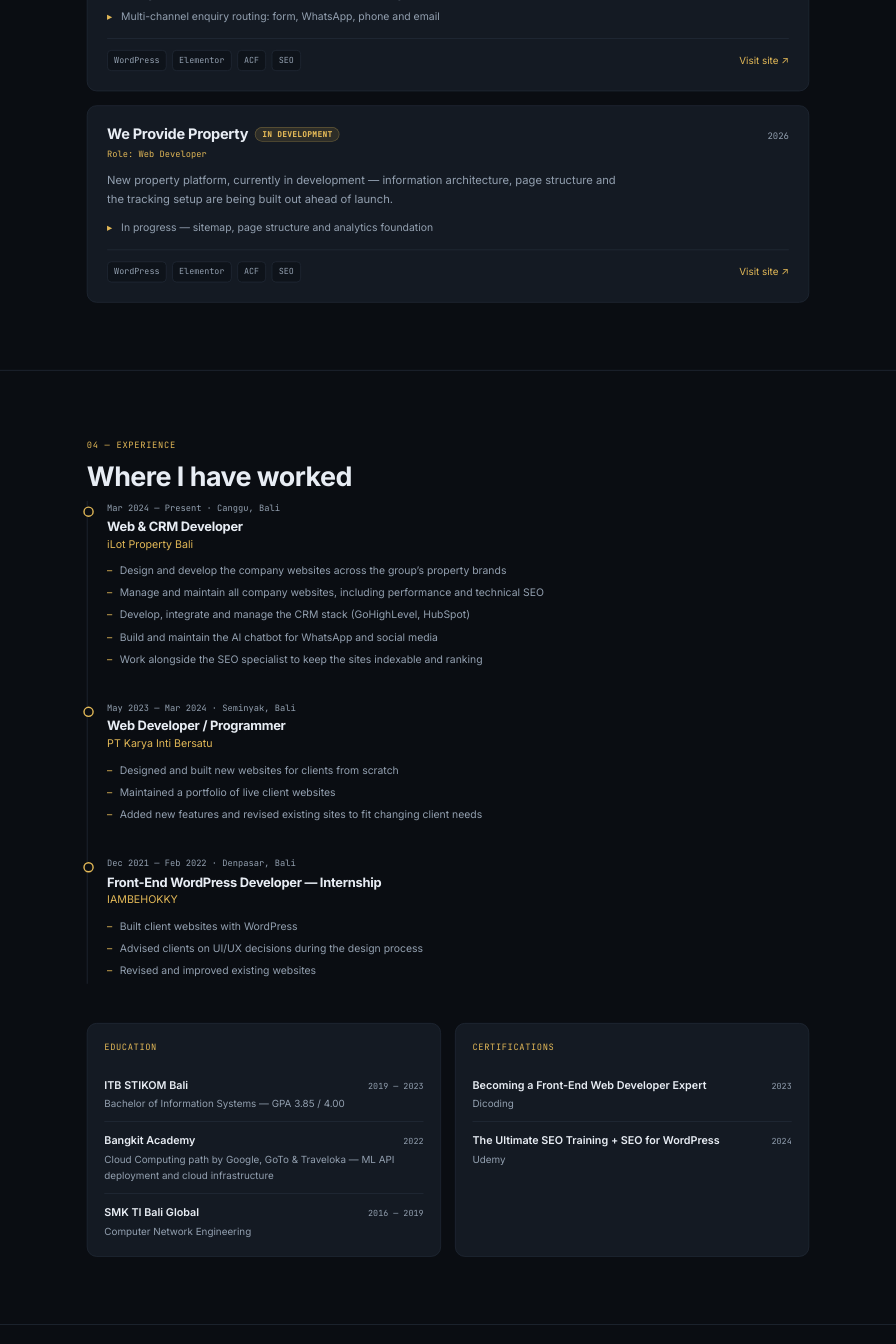
Repository: agungcantona/portfolio-react
Page: /
These files come from the project's save history. The page is drawn as it stood at one moment and after the next save; the edit follows.
The browser window is 1280 px wide. The pictures show the part of the page from y = 3399 to 5319 px (the page is 5966 px tall before and 6029 px after), at 70% of full size.
The project was rebuilt for these pictures with package versions that can differ from the ones it lists, and the page was loaded fresh each time. Also part of the build but not shown: vite.config.js, src/hooks/useReveal.js.

Above is the page before, as saved 2026-09-02 21:57:19.

After the next save:
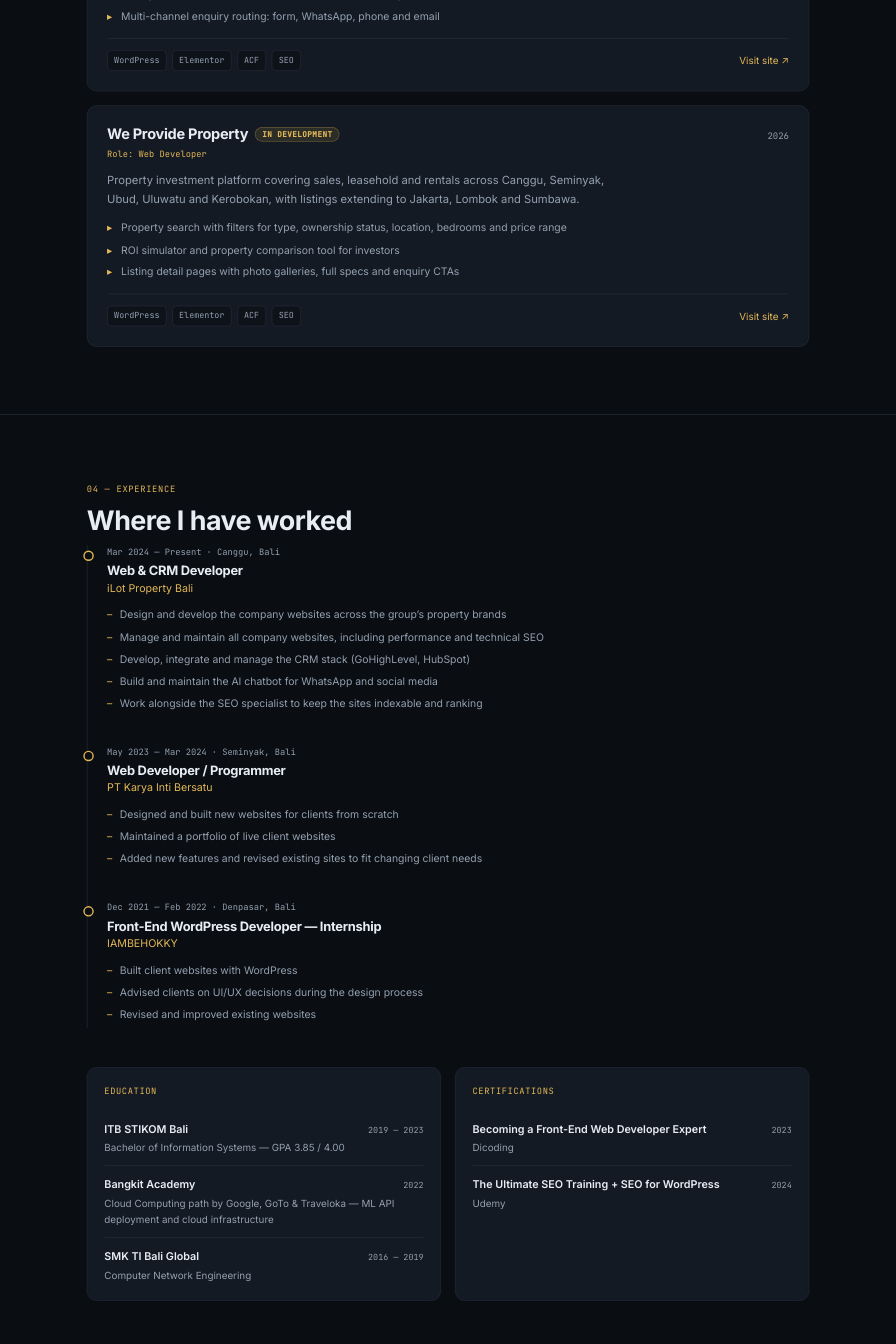
Saved 15 min 37 s later.
--- a/src/data/content.js
+++ b/src/data/content.js
@@ -123,13 +123,19 @@ export const projects = [
     year: "2026",
     role: { en: "Web Developer", id: "Web Developer" },
     desc: {
-      en: "New property platform, currently in development — information architecture, page structure and the tracking setup are being built out ahead of launch.",
-      id: "Platform properti baru, masih dalam pengembangan — information architecture, struktur halaman, dan setup tracking sedang disiapkan menjelang peluncuran.",
+      en: "Property investment platform covering sales, leasehold and rentals across Canggu, Seminyak, Ubud, Uluwatu and Kerobokan, with listings extending to Jakarta, Lombok and Sumbawa.",
+      id: "Platform investasi properti untuk penjualan, leasehold, dan sewa di Canggu, Seminyak, Ubud, Uluwatu, dan Kerobokan, dengan listing yang meluas sampai Jakarta, Lombok, dan Sumbawa.",
     },
     highlights: {
-      en: ["In progress — sitemap, page structure and analytics foundation"],
-      id: [
-        "Sedang berjalan — sitemap, struktur halaman, dan fondasi analytics",
+      en: [
+        "Property search with filters for type, ownership status, location, bedrooms and price range",
+        "ROI simulator and property comparison tool for investors",
+        "Listing detail pages with photo galleries, full specs and enquiry CTAs",
+      ],
+      id: [
+        "Pencarian properti dengan filter tipe, status kepemilikan, lokasi, jumlah kamar, dan rentang harga",
+        "ROI simulator dan fitur perbandingan properti untuk investor",
+        "Halaman detail listing dengan galeri foto, spesifikasi lengkap, dan CTA enquiry",
       ],
     },
     tech: ["WordPress", "Elementor", "ACF", "SEO"],
